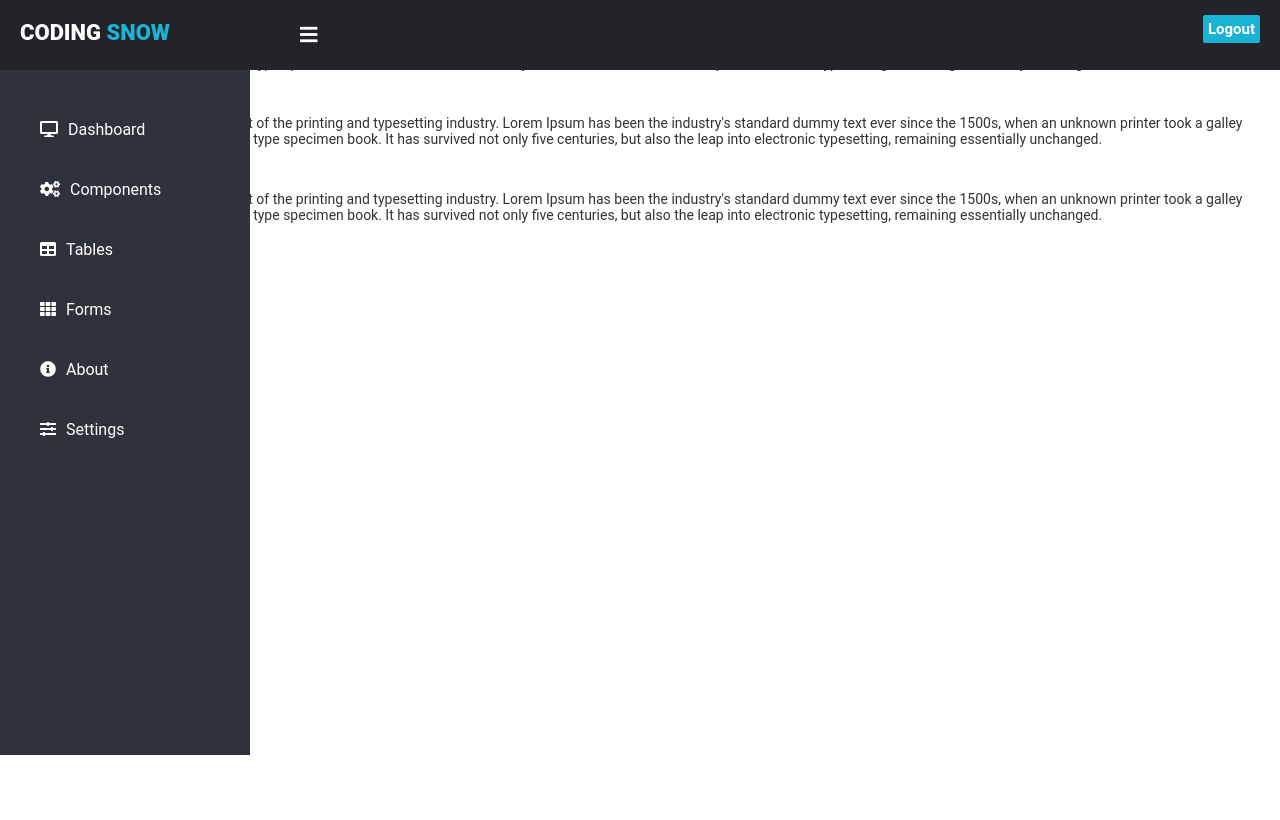
Repository: khanhdiii/DisplayHTML
Page: Sidebar/index.html
These files come from the project's save history. The page is drawn as it stood at one moment and after the next save; the edit follows.
The browser window is 1280 px wide. The pictures show the whole page.
Pictures or frames that could not be fetched are drawn as grey boxes. Some web libraries are served in a nearby version.

Above is the page before, as saved 2021-10-02 16:10:34.

After the next save:
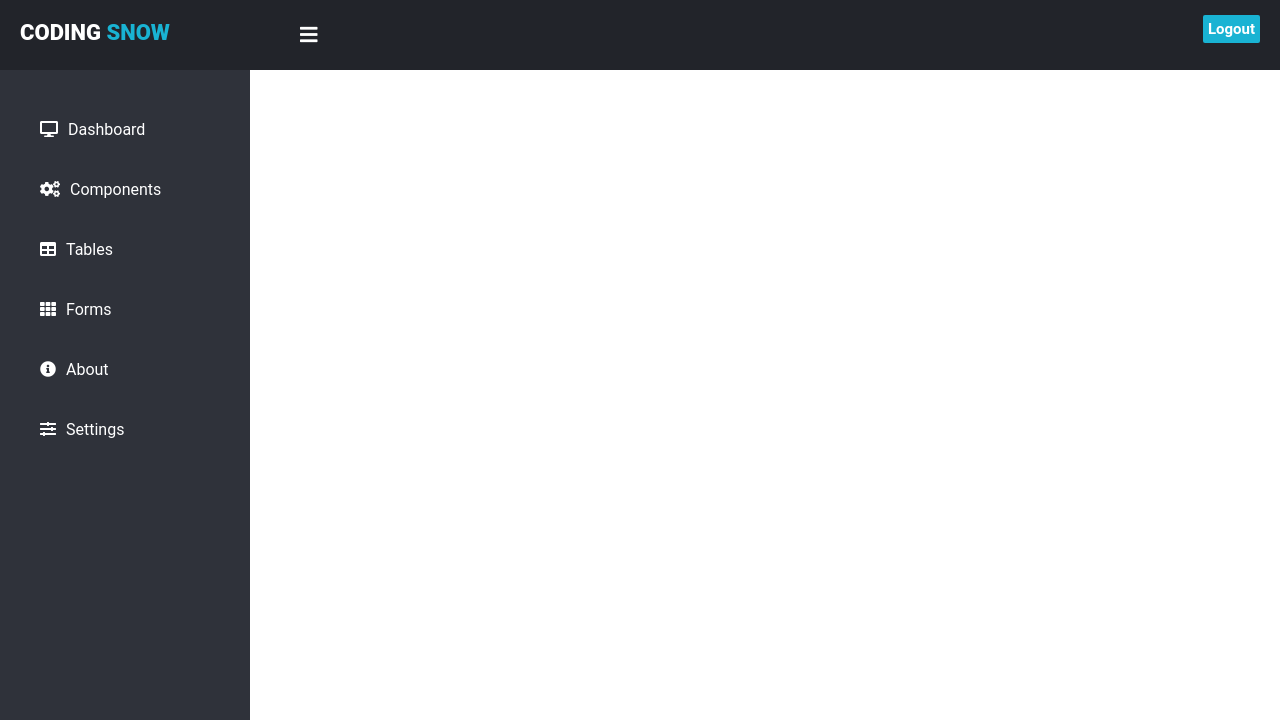
Saved 12 s later.
--- a/Sidebar/index.html
+++ b/Sidebar/index.html
@@ -39,29 +39,8 @@
         </div>
         <!--sidebar end-->
 
-        <div class="content">
-            <div class="card">
-                <p>Lorem Ipsum is simply dummy text of the printing and typesetting industry. Lorem
-                    Ipsum has been the industry's standard dummy text ever since the 1500s, when an
-                    unknown printer took a galley of type and scrambled it to make a type specimen
-                    book. It has survived not only five centuries, but also the leap into electronic
-                    typesetting, remaining essentially unchanged.</p>
-            </div>
-            <div class="card">
-                <p>Lorem Ipsum is simply dummy text of the printing and typesetting industry. Lorem
-                    Ipsum has been the industry's standard dummy text ever since the 1500s, when an
-                    unknown printer took a galley of type and scrambled it to make a type specimen
-                    book. It has survived not only five centuries, but also the leap into electronic
-                    typesetting, remaining essentially unchanged.</p>
-            </div>
-            <div class="card">
-                <p>Lorem Ipsum is simply dummy text of the printing and typesetting industry. Lorem
-                    Ipsum has been the industry's standard dummy text ever since the 1500s, when an
-                    unknown printer took a galley of type and scrambled it to make a type specimen
-                    book. It has survived not only five centuries, but also the leap into electronic
-                    typesetting, remaining essentially unchanged.</p>
-            </div>
-        </div>
+
+
 
         <script type="text/javascript">
     $(document).ready(function(){
